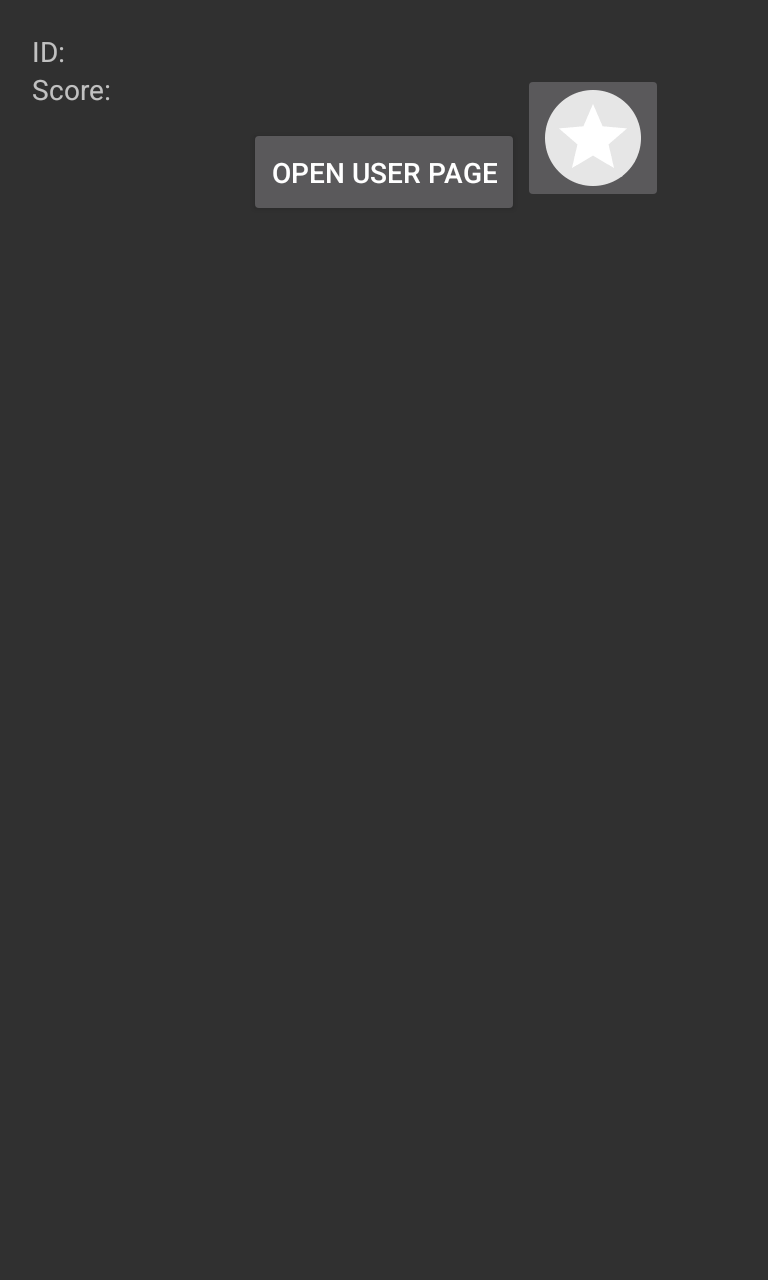
Repository: mberenguerascampi/github_app
Layout: GitHubApp/res/layout/activity_user_detail.xml
These files come from the project's save history. The layout is drawn as it stood at one moment and after the next save; the edit follows.
It is drawn on a 768 x 1280 px phone screen (xhdpi) without system bars, with theme Theme.AppCompat; the app's code is not run.

Above is the layout before, as saved 2014-12-26 15:05:42.

### GitHubApp/res/layout/activity_user_detail.xml
<RelativeLayout xmlns:android="http://schemas.android.com/apk/res/android"
    xmlns:tools="http://schemas.android.com/tools"
    android:layout_width="match_parent"
    android:layout_height="match_parent"
    android:paddingBottom="@dimen/activity_vertical_margin"
    android:paddingLeft="@dimen/activity_horizontal_margin"
    android:paddingRight="@dimen/activity_horizontal_margin"
    android:paddingTop="@dimen/activity_vertical_margin"
    tools:context="mbc.com.githubapp.activities.UserDetailActivity" >

    <TextView
        android:id="@+id/id_textview_label"
        android:layout_width="wrap_content"
        android:layout_height="wrap_content"
        android:text="@string/id_label_text"
     />

    <TextView
        android:id="@+id/id_textview"
        android:layout_toRightOf="@+id/id_textview_label"
        android:layout_marginLeft="4dip"
        android:layout_width="wrap_content"
        android:layout_height="wrap_content"
     />

    <TextView
        android:id="@+id/score_textview_label"
        android:layout_below="@+id/id_textview"
        android:layout_width="wrap_content"
        android:layout_height="wrap_content"
        android:text="@string/score_label_text"
     />

    <TextView
        android:id="@+id/score_textview"
        android:layout_below="@+id/id_textview"
        android:layout_toRightOf="@+id/score_textview_label"
        android:layout_marginLeft="4dip"
        android:layout_width="wrap_content"
        android:layout_height="wrap_content"
     />

    <Button
        android:id="@+id/open_button"
        android:layout_below="@+id/score_textview"
        android:layout_width="wrap_content"
        android:layout_height="wrap_content"
        android:layout_marginTop="8dip"
        android:text="@string/open_user_page_text"
        android:layout_centerInParent="true"
        android:gravity="center_vertical|center_horizontal"
        />

    <ImageButton
        android:id="@+id/fav_button"
        android:layout_width="wrap_content"
        android:layout_height="wrap_content"
        android:layout_alignTop="@+id/score_textview"
        android:layout_toRightOf="@+id/open_button"
        android:gravity="end"
        android:src="@drawable/ic_favorita" />

</RelativeLayout>

### GitHubApp/res/values/strings.xml
<?xml version="1.0" encoding="utf-8"?>
<resources>

    <string name="app_name">GitHubApp</string>
    <string name="title_activity_splash">SplashActivity</string>
    <string name="hello_world">Hello world!</string>
    <string name="action_settings">Settings</string>
    <string name="title_activity_main">Search GitHub Users</string>

    <!-- SPLASH -->
    <string name="splash_text">GitHubApp</string>

    <!-- MAIN ACTIVITY -->
    <string name="search_user_text">User: </string>
    <string name="search_user_hint">Type a user</string>
    <string name="search_button_text">Search</string>
    <string name="title_activity_user_detail">UserDetailActivity</string>

    <!-- USER DETAIL ACTIVITY -->
    <string name="open_user_page_text">Open user page</string>
    <string name="score_label_text">Score: </string>
    <string name="id_label_text">ID: </string>

</resources>

Loaded but not shown: GitHubApp/res/values/dimens.xml (common file); GitHubApp/res/values-w820dp/dimens.xml (common file)

After the next save:
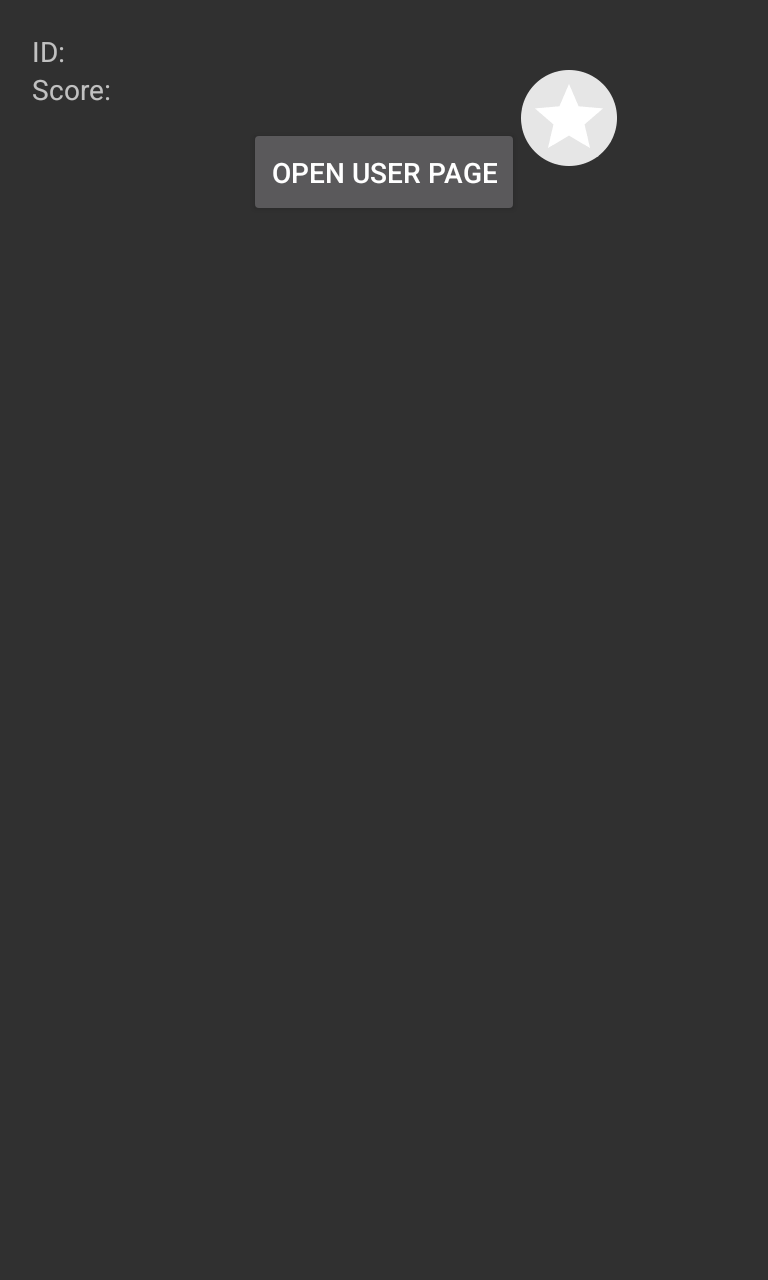
Saved 4 min 31 s later.
--- a/GitHubApp/res/layout/activity_user_detail.xml
+++ b/GitHubApp/res/layout/activity_user_detail.xml
@@ -57,6 +57,7 @@
         android:layout_height="wrap_content"
         android:layout_alignTop="@+id/score_textview"
         android:layout_toRightOf="@+id/open_button"
+        android:background="@null"
         android:gravity="end"
         android:src="@drawable/ic_favorita" />
 
